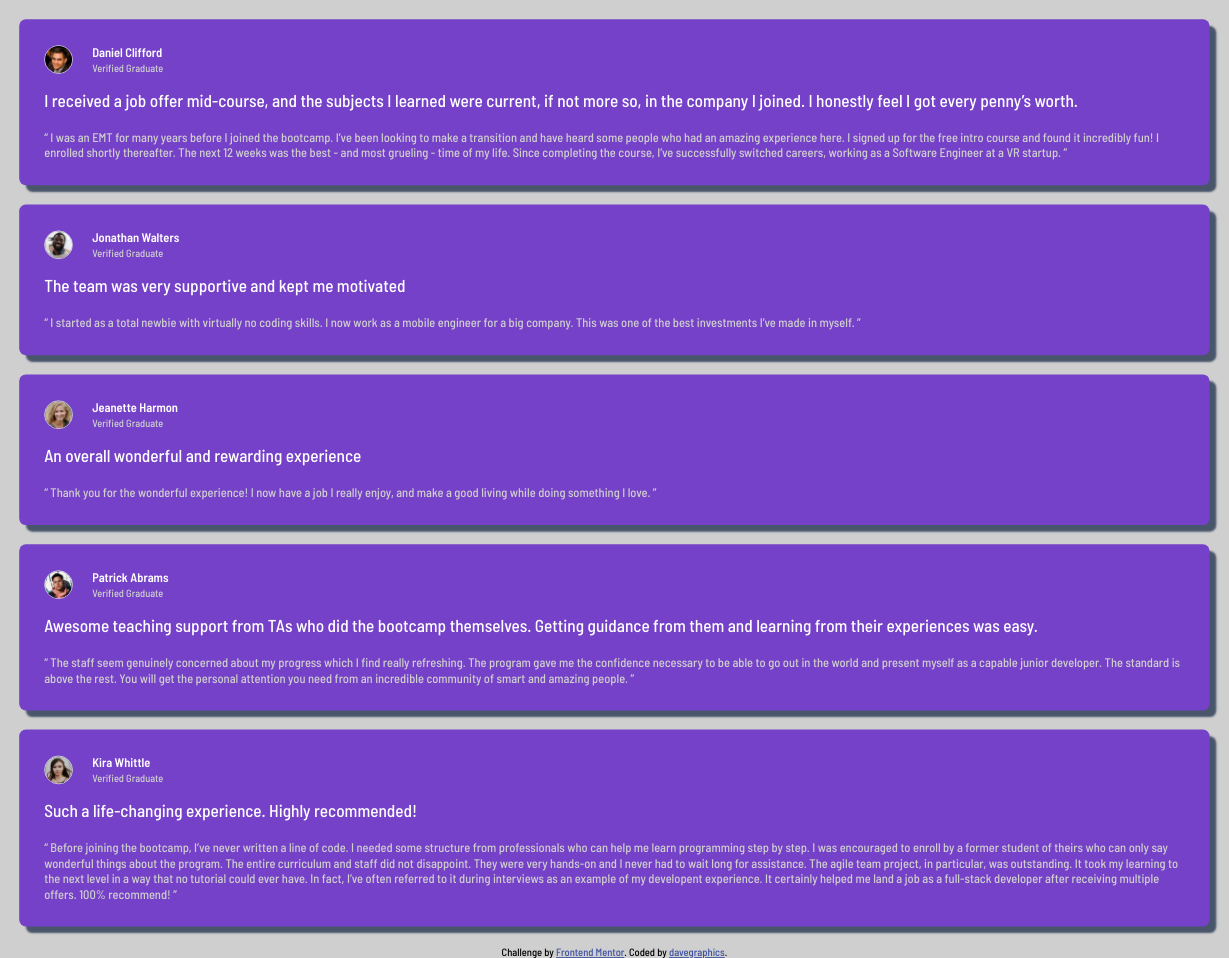
Repository: DejV44/testimonials_grid_section_main
Page: index.html
These files come from the project's save history. The page is drawn as it stood at one moment and after the next save; the edit follows.
The browser window is 1280 px wide. The pictures show the whole page, at 96% of full size.
The style sheet was rebuilt from its Sass, Less or Tailwind sources for each picture, by a compiler version that may differ from the author's.

Above is the page before, as saved 2021-07-14 21:07:38.

After the next save:
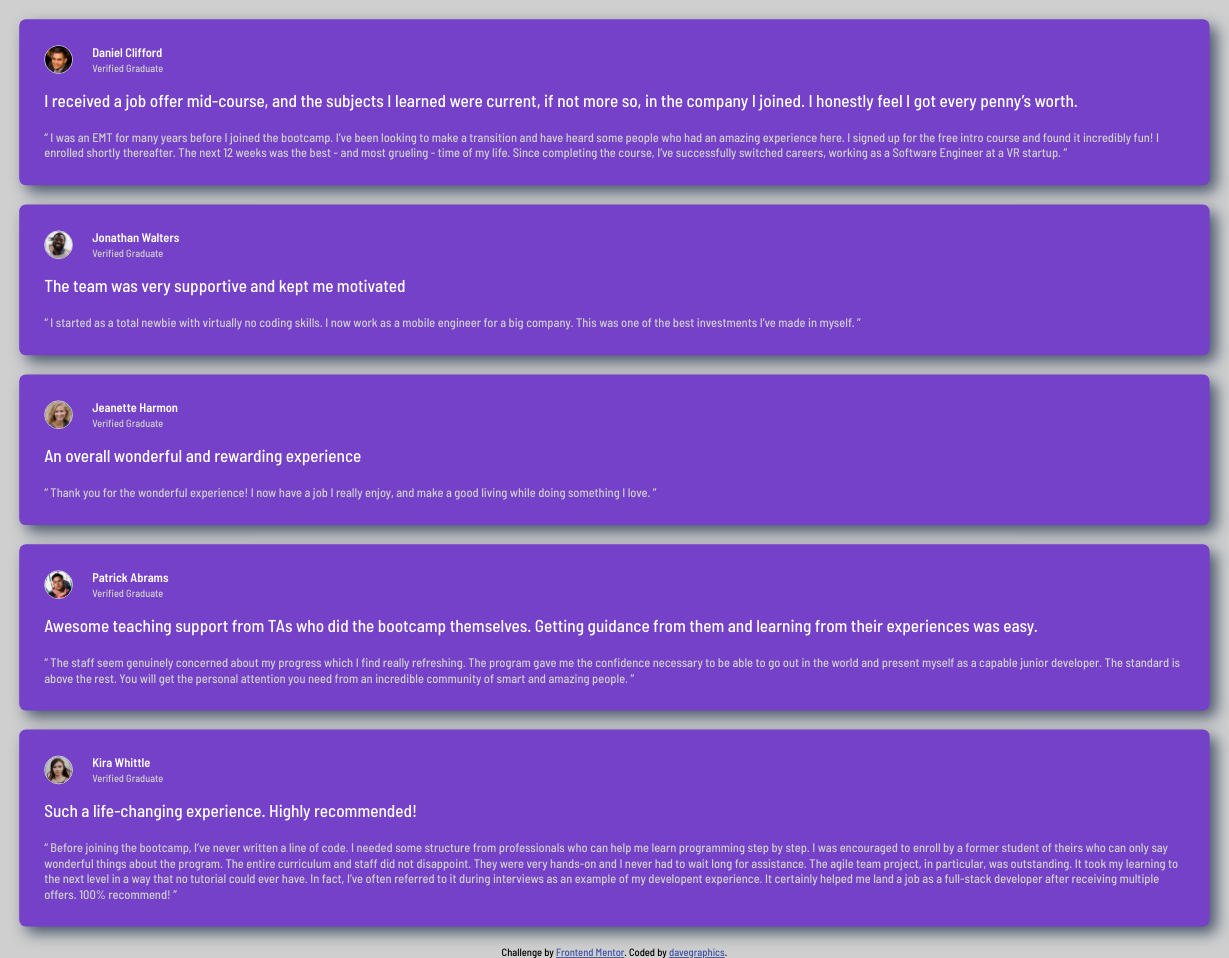
Saved 9 s later.
--- a/css/style.scss
+++ b/css/style.scss
@@ -31,7 +31,7 @@ body {
             background-color: $ModerateViolet;
             padding: 2em;
             border-radius: 7px;
-            box-shadow: $VeryDarkGrayishBlue 7px 7px 2px;
+            box-shadow: $VeryDarkGrayishBlue 7px 7px 15px;
 
 
 
